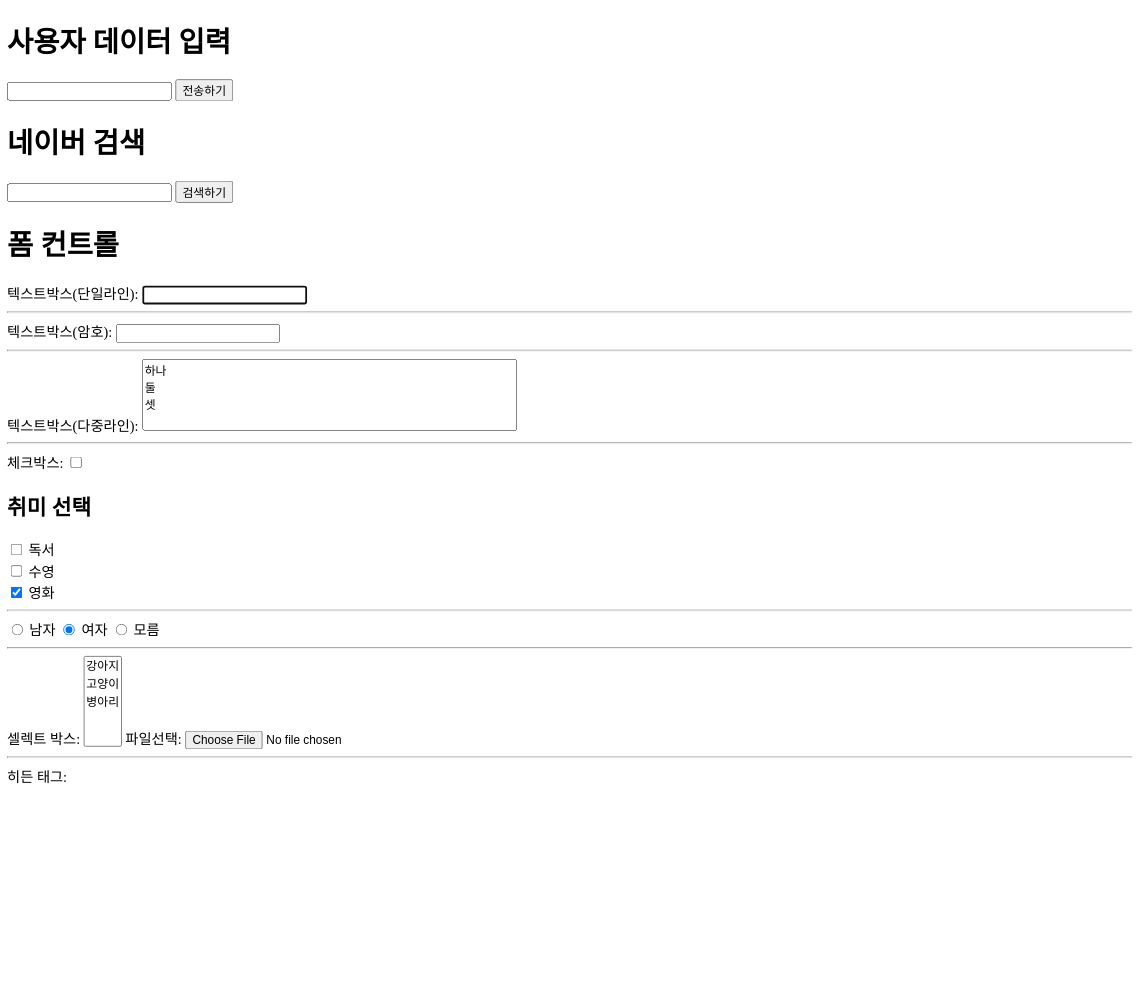
Repository: chanjin5212/Full-Stack-study
Page: client/ClientTest/src/main/webapp/html/ex18_form.html
These files come from the project's save history. The page is drawn as it stood at one moment and after the next save; the edit follows.
The browser window is 1280 px wide. The pictures show the whole page, at 89% of full size.

Above is the page before, as saved 2022-05-25 02:22:13.

After the next save:
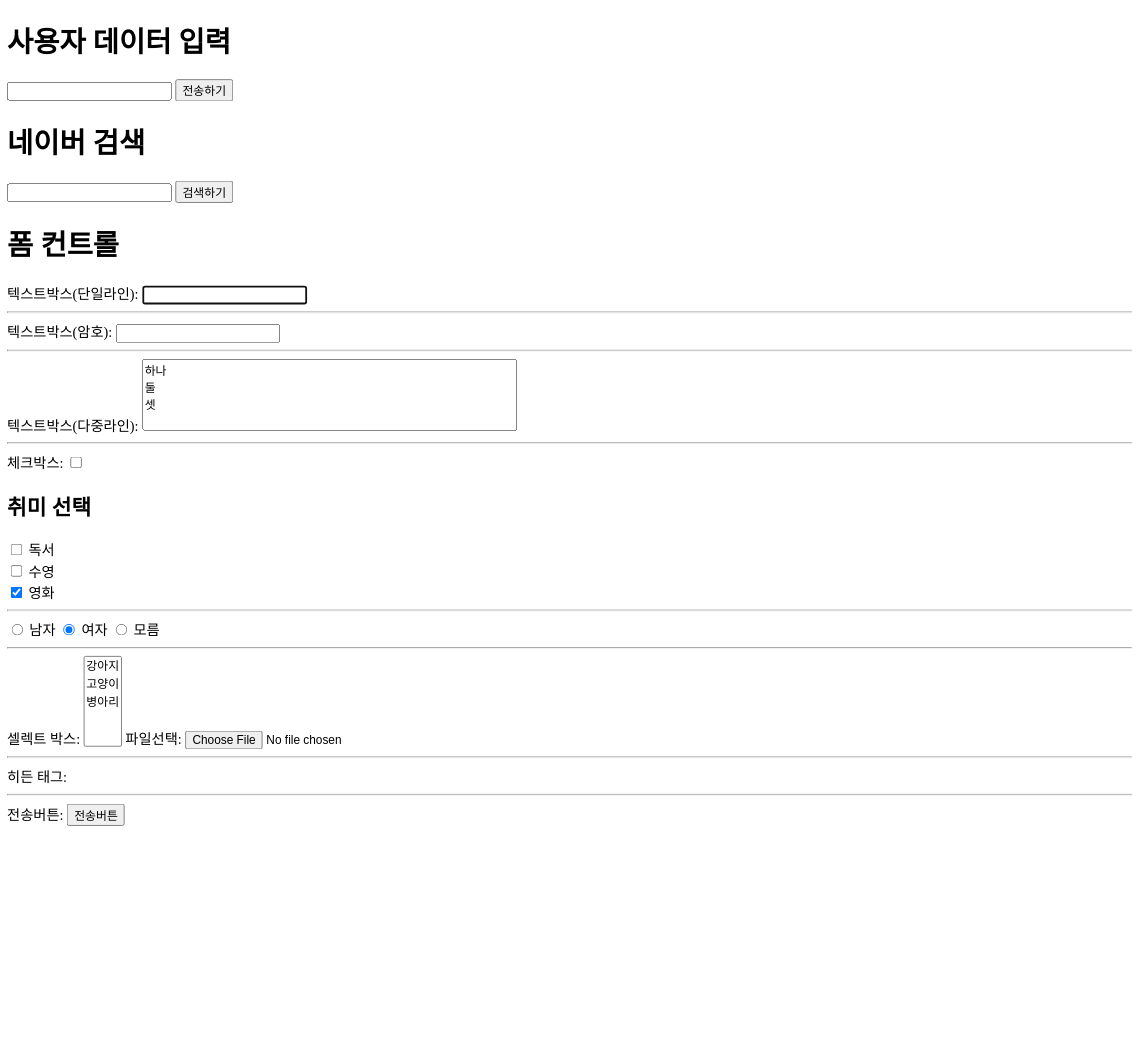
Saved 2 min 37 s later.
--- a/client/ClientTest/src/main/webapp/html/ex18_form.html
+++ b/client/ClientTest/src/main/webapp/html/ex18_form.html
@@ -173,9 +173,18 @@
 			 히든 태그
 			 - 눈에 보이지 않음
 			 - 개발자용
+			 - 서버로 전송할 데이터 > 사용자에게 보이면 안되는 데이터를 보내는 용도(보안X)
+			 - 눈에 안보이는 텍스트 박스
 		-->
 		히든 태그:
-		<input type="hidden">
+		<input type="hidden" name="txtName" value="홍길동">
+
+		<hr>
+
+		<!--
+			버튼
+		-->
+		전송버튼: <input type="submit" value="전송버튼">
 
 	</form>
 
